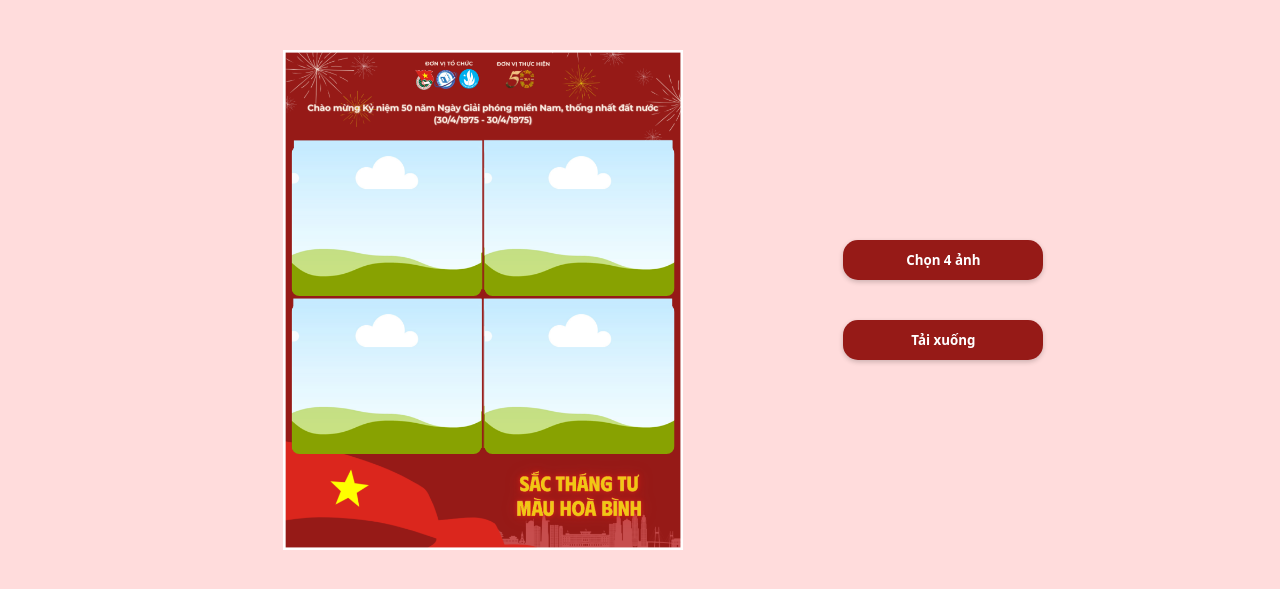
Repository: nguyentambinh/tuoitretdmu
Page: http://localhost/
The author's editor kept a copy of each file at every save. The page is drawn from the files as they stood at one save, then again after the next save.
The browser window is 1280 px wide. The pictures show the whole page.
The page is run by PHP 8.4 with error messages shown; the project is at /var/www/html/.

Above is the page before, as saved 2025-04-10 15:20:06.

### index.php
<!DOCTYPE html>
<html lang="en">
<head>
    <meta charset="UTF-8">
    <meta name="viewport" content="width=device-width, initial-scale=1.0">
    <link rel="stylesheet" href="main.css">

    <title>Chào mừng Kỷ niệm 50 năm Ngày Giải phóng miền Nam, thống nhất đất nước</title>
</head>
<body>

    <div class = "container-box">
        <div class="background-box">
            <img src="./picture/FRAMEPHOTOBOOTH304.png" class="background-image" alt="frame" />
            <div class="picture-box">
                <img src="/picture/1.png" alt="" class="img-sub">
                <img src="/picture/2.png" alt="" class="img-sub">
                <img src="/picture/3.png" alt="" class="img-sub">
                <img src="/picture/4.png" alt="" class="img-sub">
            </div>
        </div>
        <div class="control-box">
            <button id="btn-add-picture" class=" btn-custom">
                Chọn 4 ảnh
            </button>
            <button id="btn-download" class="btn-custom">Tải xuống</button>
        </div>
    </div>
    <script src="https://cdnjs.cloudflare.com/ajax/libs/html2canvas/1.4.1/html2canvas.min.js"></script>
    <script src="main.js"></script>
</body>
</html>

### main.css
body {
    background-color: #ffdcdc;
    margin: 0;
    padding: 0;
    display: flex;
    justify-content: center;
    margin-top: 50px;
}

.container-box {
    display: grid;
    grid-template-columns: 1fr 0.5fr;
    gap: 20px;
    width: 900px;
    max-width: 100%;
}

/* Thay vì dùng background-image, dùng thẻ <img> để đặt ảnh nền */
.background-box {
    position: relative;
    width: 100%;
    height: 500px;
    display: flex;
    justify-content: center;
    align-items: center;
}

/* Ảnh nền */
.background-box > .background-image {
    width: 100%;
    height: 100%;
    object-fit: contain;
    display: block;
}

/* 4 ảnh con đè lên nền */
.picture-box {
    position: absolute;
    top: 50%;
    left: 50%;
    transform: translate(-50%, -50%);
    display: grid;
    grid-template-columns: 1fr 1fr;
    grid-template-rows: 1fr 1fr;
    gap: 8px 3px;
}


.img-sub {
    width: 190px;
    height: 150px;
    object-fit: cover;
    border-radius: 8px;
    background-size: contain;
}

.control-box {
    display: flex;
    flex-direction: column;
    align-items: center;
    justify-content: center;
}

.btn-custom {
    background-color: #961A17;
    border-radius: 15px;
    font-weight: bold;
    font-family: system-ui;
    width: 200px;
    height: 40px;
    color: white;
    margin: 20px 0;
    border: none;
    box-shadow: 0 2px 5px rgba(0,0,0,0.2);
    cursor: pointer;
}

@media screen and (max-width: 720px) {
    .container-box {
        grid-template-columns: 1fr;
        grid-template-rows: auto auto;
        width: 100%;
        padding: 0 10px;
        margin: 5px 0;
    }

    .control-box {
        align-items: center;
    }

    .btn-custom {
        width: 300px;
    }
}

### main.js

  document.getElementById("btn-add-picture").addEventListener("click", function () {
    const input = document.createElement("input");
    input.type = "file";
    input.accept = "image/*";
    input.multiple = true;
    input.style.display = "none";
    input.addEventListener("change", function (e) {
      const files = e.target.files;
      const imgElements = document.querySelectorAll(".background-box .img-sub");

      for (let i = 0; i < imgElements.length; i++) {
        if (files[i]) {
          const reader = new FileReader();
          reader.onload = function (event) {
            imgElements[i].src = event.target.result;
          };
          reader.readAsDataURL(files[i]);
        } else {
          imgElements[i].src = "";
        }
      }
    });

    document.body.appendChild(input);
    input.click();
    input.remove();
  });
  document.getElementById("btn-download").addEventListener("click", async () => {
    const backgroundSrc = './picture/FRAMEPHOTOBOOTH304.png';

    const canvas = document.createElement('canvas');
    canvas.width = 395;  // Khớp với .background-box
    canvas.height = 475;
    const ctx = canvas.getContext('2d');

    // Hàm load ảnh nền
    const loadImage = src => new Promise(resolve => {
      const img = new Image();
      img.crossOrigin = "anonymous";
      img.onload = () => resolve(img);
      img.src = src;
    });

    // Vẽ ảnh nền
    const backgroundImg = await loadImage(backgroundSrc);
    ctx.drawImage(backgroundImg, 0, 0, canvas.width, canvas.height);

    // Tải ảnh xuống
    const link = document.createElement('a');
    link.download = 'ChaoMung50Nam.png';
    link.href = canvas.toDataURL('image/png');
    link.click();
  });

After the next save:
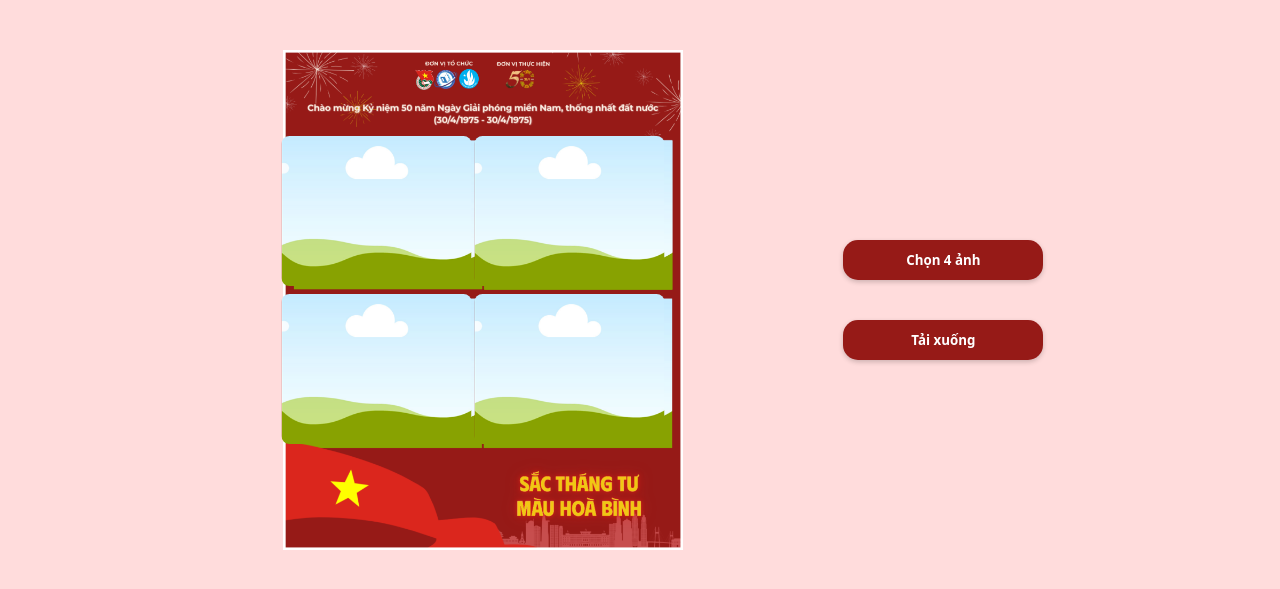
Saved 41 s later.
--- a/main.css
+++ b/main.css
@@ -39,6 +39,7 @@
     top: 50%;
     left: 50%;
     transform: translate(-50%, -50%);
+    margin:-10px;
     display: grid;
     grid-template-columns: 1fr 1fr;
     grid-template-rows: 1fr 1fr;

After the save that followed:
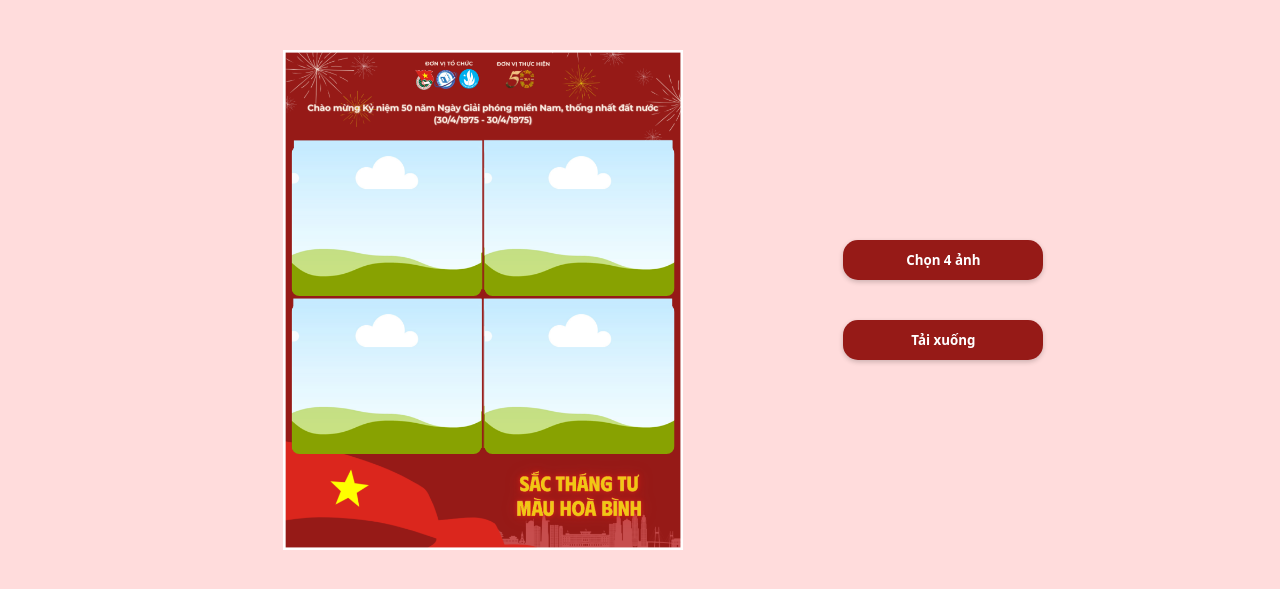
Saved 12 s later.
--- a/main.css
+++ b/main.css
@@ -39,7 +39,6 @@
     top: 50%;
     left: 50%;
     transform: translate(-50%, -50%);
-    margin:-10px;
     display: grid;
     grid-template-columns: 1fr 1fr;
     grid-template-rows: 1fr 1fr;
